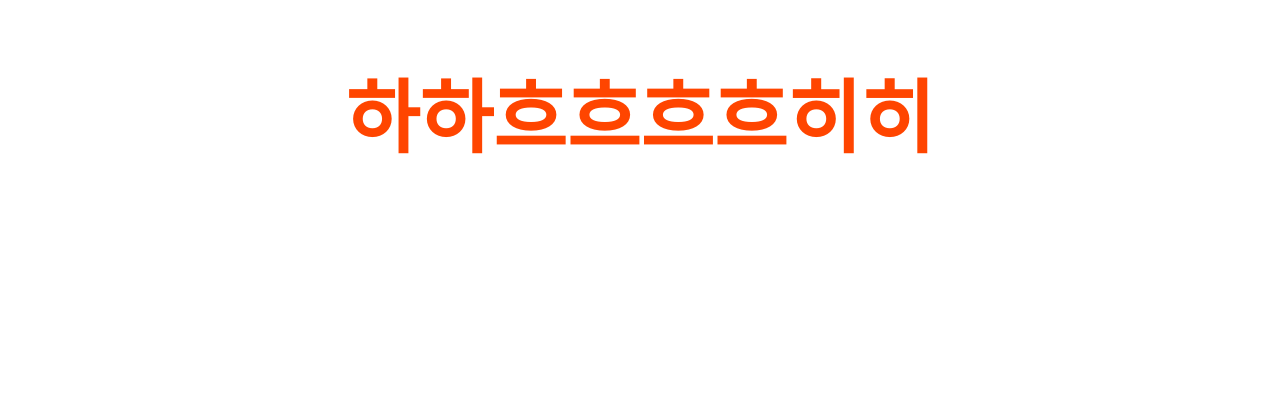
Repository: sehyeongrace/web-workspace
Page: BurgerKingProject/src/main/webapp/index.html
The author's editor kept a copy of each file at every save. The page is drawn from the files as they stood at one save, then again after the next save.
The browser window is 1280 px wide. The pictures show the whole page.

Above is the page before, as saved 2025-03-07 05:17:10.

After the next save:
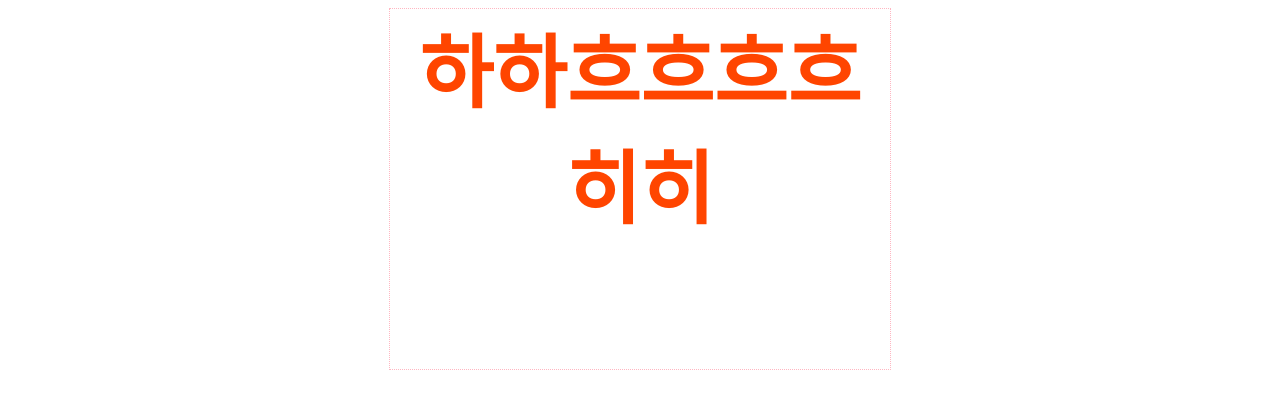
Saved 9 min 56 s later.
--- a/BurgerKingProject/src/main/webapp/index.html
+++ b/BurgerKingProject/src/main/webapp/index.html
@@ -3,9 +3,22 @@
 <head>
 <meta charset="UTF-8">
 <title>Insert title here</title>
+<style>
+	h1{
+		color:orangered;
+		text-align:center;
+		font-size:80px;
+		width : 500px;
+		height : 360px;
+		border : 1px dotted lightpink;
+		margin : auto;
+
+
+	}
+</style>
 </head>
 <body>
-	<h1 style="color:orangered; text-align:center; font-size:80px;">하하흐흐흐흐히히</h1>
+	<h1>하하흐흐흐흐히히</h1>
 
 </body>
 </html>
